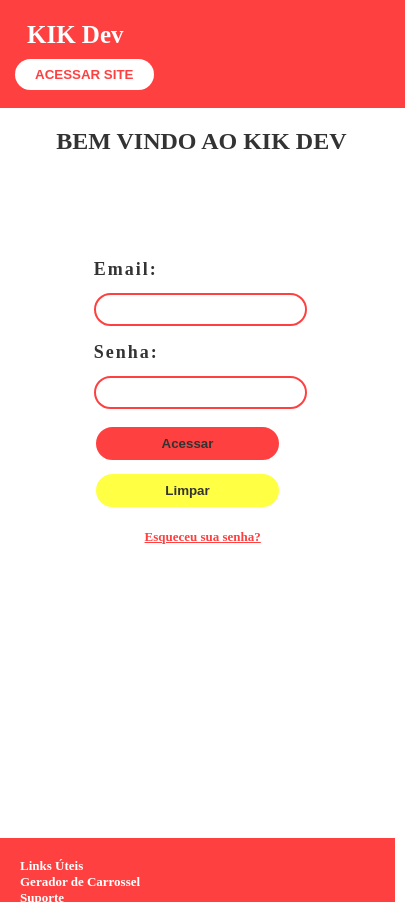
Repository: devgabrielvieira/kikdev
Page: index.html
The author's editor kept a copy of each file at every save. The page is drawn from the files as they stood at one save, then again after the next save.
The browser window is 375 px wide. The page is 405 px wide, so the pictures cover 405 px, including what lies to the right of the window. The pictures show the whole page.

Above is the page before, as saved 2022-10-30 19:14:12.

### index.html
<!DOCTYPE html>
<html lang="pt-br">

<head>
    <meta charset="UTF-8">
    <meta http-equiv="X-UA-Compatible" content="IE=edge">
    <meta name="viewport" content="width=device-width, initial-scale=1.0">
    <link rel="shortcut icon" href="imagens/favicon.ico" type="image/x-icon">
    <link rel="stylesheet" href="style.css">
    <link rel="stylesheet" href="style-mobile.css">
    <script src="script_processo.js"></script>
    <title>KIK Dev</title>

</head>

<body id="pag_processos" onload="dimensaoTela()">

    <div class="header-index">
        <a href="#Default" class="logo">KIK Dev</a>

        <button type="submit" name="name" class="button-right"><strong>ACESSAR SITE</strong></a></button>

    </div>
    <div class="conteudo">
        <!--abrimos a div conteúdo-->
        <!-- <img src="imagens/conteudo.jpg" alt="Conteúdo"> -->

        <h2>BEM VINDO AO KIK DEV</h2>

        <div class="login">
            <label for="username">Email:</label>
            <input type="text" id="username" name="username">
            <br>
            <label for="pass">Senha:</label>
            <input type="password" id="pass" name="password" minlength="8" required>
            <br>
            <input class="btn-acessar" type="submit" value="Acessar">
            <br>
            <input class="btn-limpar" type="reset" value="Limpar">
            <br><br>
        </div>
        <a href="recuperar-senha.html" target="_self" rel="next" class="href">Esqueceu sua senha?</a>
    </div>
    <!--aqui fechamos a div conteudo-->

    <footer class="footer">
        <strong>
            <p>Links Úteis</p>
        </strong>
        <strong>
            <p>Gerador de Carrossel</p>
        </strong>
        <strong>
            <p>Suporte</p>
        </strong>
    </footer>

</body>

</html>

### style.css
@charset "UTF-8";

* {
    margin: 0;
    padding: 0;
}

html {
    margin: 0;
    padding: 0;
}

.header {
    overflow: hidden;
    background-color: #FF4040;
    padding: 20px 10px;
}

.header a {
    float: left;
    color: #fff;
    text-align: center;
    padding: 12px;
    text-decoration: none;
    font-size: 18px;
    line-height: 25px;
    border-radius: 4px;
}

.header a.logo {
    font-size: 25px;
    font-weight: bold;
}

.header a:hover {
    background-color: #ddd;
    color: #333333;
}

.header a.active {
    background-color: #d8d7d7;
    color: #fff;
}

.header-right {
    float: right;
}

.button-right {
    float: right;
    padding: 8px 20px;
    border: #d8d7d7;
    border-radius: 50px;
    color: #FF4040;
    background-color: #fff;
}

.header-index {
    overflow: hidden;
    background-color: #FF4040;
    padding: 5px 10px;
}

.header-index a {
    float: left;
    color: #fff;
    text-align: center;
    padding: 12px;
    text-decoration: none;
    font-size: 18px;
    line-height: 25px;
    border-radius: 4px;
}

.header-index a.logo {
    font-size: 25px;
    font-weight: bold;
}

.header-index a:hover {
    background-color: #ddd;
    color: #333333;
}

.header-index a.active {
    background-color: #d8d7d7;
    color: #fff;
}

.conteudo {
    width: 100%;
    height: 450px;
    overflow: hidden;
    background-color: #fff;
}

/* .conteudo img {
    width: 100%;
    background-color: #fff;
    margin: 2px 0 0 0;
    padding: 0;
    position: relative;
    height: 15.5rem;
} */

.footer {
    width: auto;
    background-color: #FF4040;
    padding: 20px 10px;
    position: relative;
    height: 2.5rem;
    bottom: -50px;
}

p {
    font-size: 13px;
    margin: 0 0 0 10px;
    float: none;
    overflow: hidden;
    color: #fff;
}

label {
    margin: 10px 50px 0 500px;
    display: block;
    letter-spacing: 2px;
    font-size: 18px;
    color: #333333;
    margin-bottom: 3px;
    font-weight: bold;
}

input[type='submit'],
label {
    margin: 10px 50px 0 500px;
    margin-top: 1rem;
    color: #333333;
}

input {
    margin: 10px 50px 0 500px;
    caret-color: #222;
    color: #333333;
    border: 2px solid #FF4040;
    border-radius: 36px;
    padding: 7px 15px;
    text-align: center;
    font-weight: bold;
}

input:hover {
    border: 2px solid #a0a0a0;
}

.login {
    margin: 80px 0 0 0;
    width: -100%;
}

.href {
    margin: 10px 50px 0 550px;
    font-size: 13px;
    font-weight: bold;
    color: #FF4040;
    text-align: center;

}

.btn-acessar {
    margin: 10px 50px 0 500px;
    background: #FF4040;
    border: 2px solid #fff;
    padding: 9px 15px;
    width: 210px;
    max-width: 100%;
}

.btn-limpar {
    margin: 10px 50px 0 500px;
    background: #FF4;
    border: 2px solid #fff;
    padding: 9px 15px;
    width: 210px;
    max-width: 100%;
}

h2 {
    width: 100%;
    display: inline-flex;
    margin: 20px 50px 5px 450px;
    color: #333333;
}

### style-mobile.css
@charset "UTF-8";

@media screen and (max-width: 600px) {
  * {
    margin: 0;
    padding: 0;
  }

  html {
    margin: 0;
    padding: 0;
  }

  .header-index {
    overflow: hidden;
    background-color: #ff4040;
    padding: 10px 15px;
    height: 5.5rem;
    width: 100%;
  }

  .header a {
    float: none;
    display: block;
    text-align: left;
  }

  .header-index a {
    float: none;
    display: block;
    text-align: left;
  }

  .header-right {
    float: none;
  }

  .button-right {
    float: none;
  }

  .footer {
    float: none;
    display: block;
    position: relative;
    height: 1.5rem;
    width: 100%;
    bottom: -280px;
    overflow: hidden;
  }

  /* .conteudo img {
        float: none;
        display: block;
        position: absolute;
        width: 100%;
        background-color: #fff;
        margin: 2px 0 0 0;
        height: 10rem;
    } */

  .login {
    width: 50%;
    display: inline-block;
  }

  label {
    margin-left: 50%;
    margin-bottom: 3px;
    display: block;
    letter-spacing: 2px;
    font-size: 18px;
    color: #333333;
    font-weight: bold;
  }

  input[type="submit"],
  label {
    margin-left: 50%;
    margin-top: 1rem;
    color: #333333;
  }

  input {
    margin-left: 50%;
    caret-color: #222;
    color: #333333;
    border: 2px solid #ff4040;
    border-radius: 36px;
    padding: 7px 15px;
    text-align: center;
    font-weight: bold;
  }

  input:hover {
    border: 2px solid #a0a0a0;
  }

  .href {
    margin-left: 30%;
    font-size: 13px;
    font-weight: bold;
    color: #ff4040;
    text-align: center;
    width: 100%;
    padding: 2rem;
  }

  .btn-acessar {
    margin-left: 50%;
    margin-right: 50%;
    background: #ff4040;
    border: 2px solid #fff;
    padding: 9px 15px;
    width: 210px;
    max-width: 100%;
  }

  .btn-limpar {
    margin-left: 50%;
    margin-right: 50%;
    background: #ff4;
    border: 2px solid #fff;
    padding: 9px 15px;
    width: 210px;
    max-width: 100%;
  }

  h2 {
    width: 100%;
    display: inline-block;
    margin-bottom: 0.5rem;
    margin-left: 15%;
    color: #333333;
  }
}

### script_processo.js
function dimensaoTela(){
    var heightTela = window.innerHeight;
    var widthTela = window.innerWidth;

    document.getElementById('pag_processos').style.minHeight = heightTela+'px';
}

After the next save:
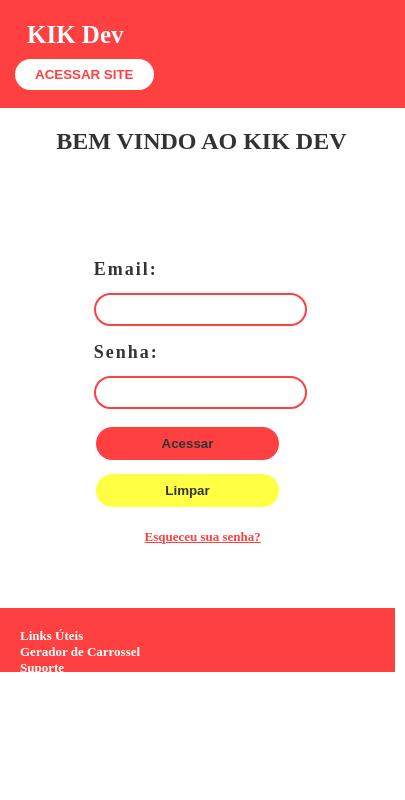
Saved 8 s later.
--- a/style-mobile.css
+++ b/style-mobile.css
@@ -45,7 +45,7 @@
     position: relative;
     height: 1.5rem;
     width: 100%;
-    bottom: -280px;
+    /* bottom: -280px; */
     overflow: hidden;
   }
 
